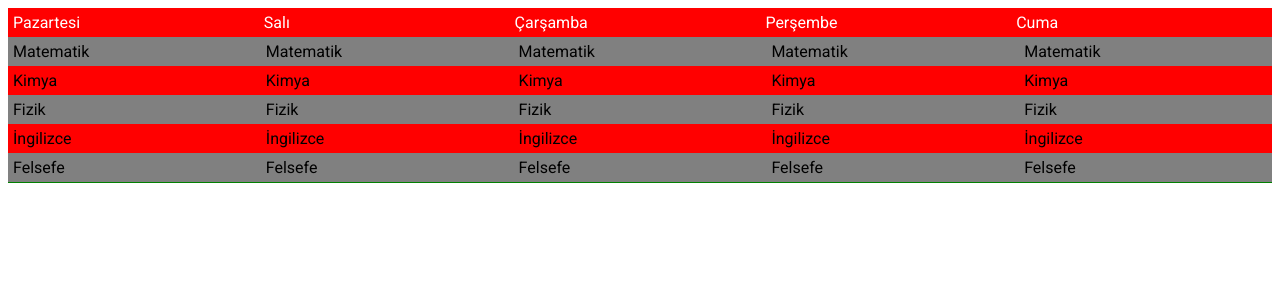
Repository: ahmetbugraozcan/css-ders-programi
Page: deneme.html
The author's editor kept a copy of each file at every save. The page is drawn from the files as they stood at one save, then again after the next save.
The browser window is 1280 px wide. The pictures show the whole page.

Above is the page before, as saved 2021-07-10 09:42:21.

After the next save:
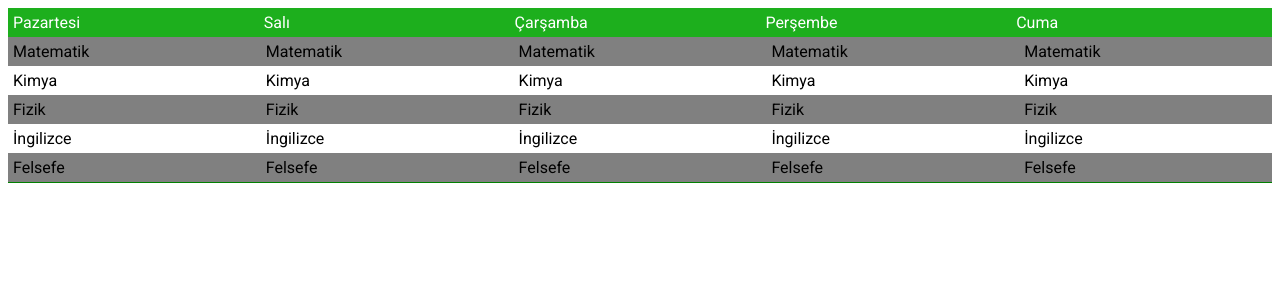
Saved 5 s later.
--- a/deneme.html
+++ b/deneme.html
@@ -36,7 +36,7 @@ body {
     .col > div , header{
         padding: 5px;
         justify-content: center;
-    background: red;
+
     padding: 5px;
 
     }
